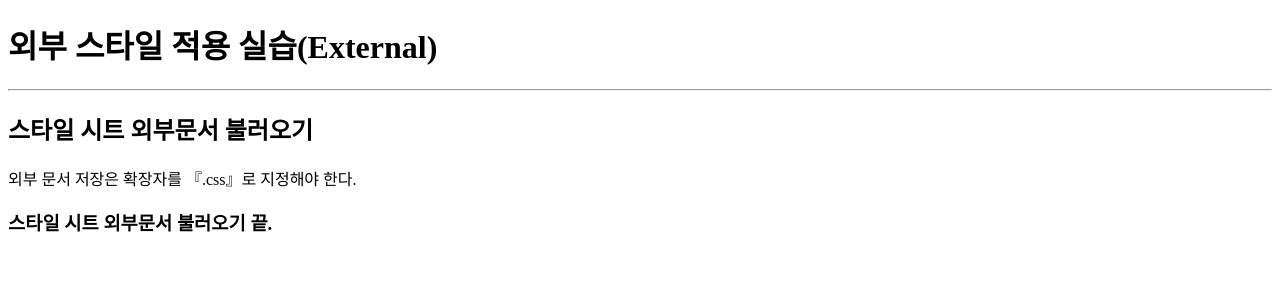
Repository: lolsoyeon/WebStudy
Page: WebApp02/WebContent/Test007.html
These files come from the project's save history. The page is drawn as it stood at one moment and after the next save; the edit follows.
The browser window is 1280 px wide. The pictures show the whole page.

Above is the page before, as saved 2022-09-28 02:41:40.

After the next save:
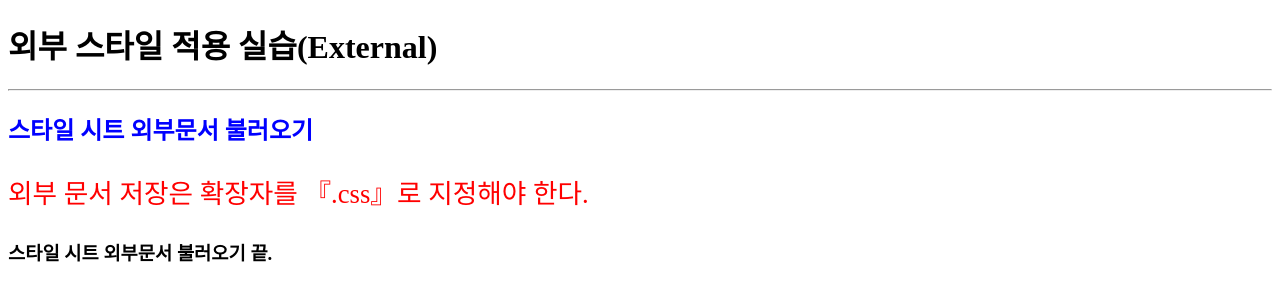
Saved 99 s later.
--- a/WebApp02/WebContent/Test007.html
+++ b/WebApp02/WebContent/Test007.html
@@ -3,6 +3,9 @@
 <head>
 <meta charset="UTF-8">
 <title>Test007.html</title>
+
+<link rel="stylesheet" type="text/css" href="css/externalLink.css">
+
 </head>
 <body>
 
